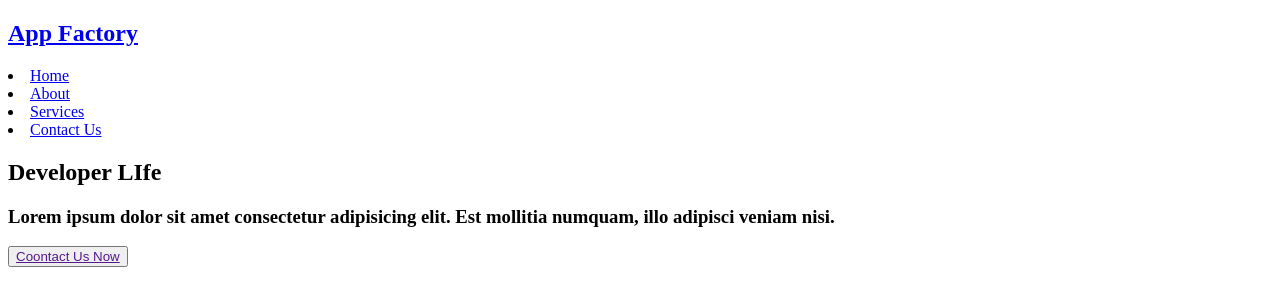
Repository: Samkiroko/app_factort_project_1
Page: index.html
An editor plug-in stored every save of this project. The page is shown before and after the next save, followed by the edit.
The browser window is 1280 px wide. The pictures show the whole page.

Above is the page before, as saved 2023-02-03 15:53:18.

After the next save:
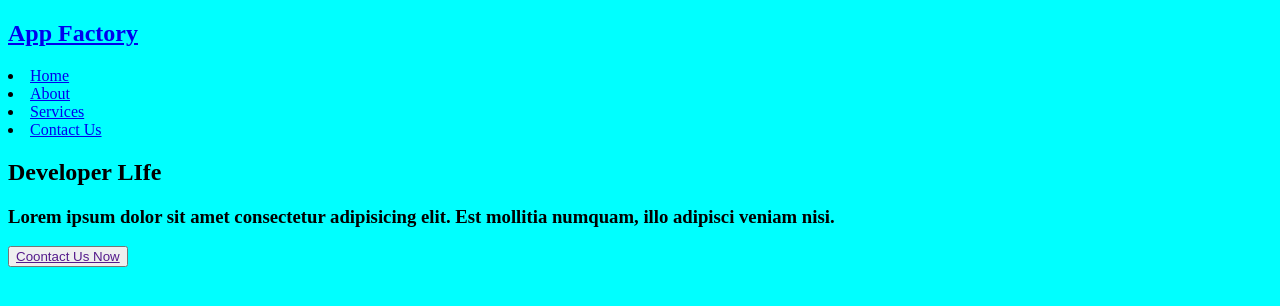
Saved 2 min 26 s later.
--- a/index.html
+++ b/index.html
@@ -6,7 +6,7 @@
     <meta name="viewport" content="width=device-width, initial-scale=1.0" />
     <title>My First Website</title>
   </head>
-  <body>
+  <body style='background-color: aqua;'>
     <header>
       <!-- start logo -->
       <div>
